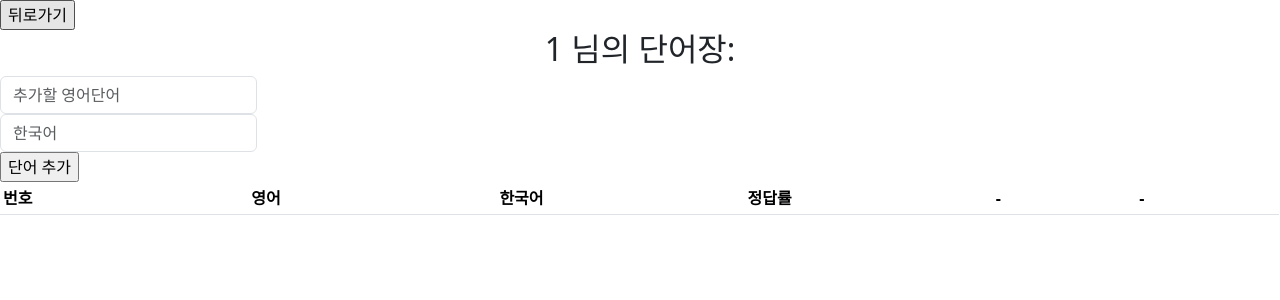
Repository: kokoko12334/myvocab-toy
Page: http://localhost/myVocabularyList/detail
The author's editor kept a copy of each file at every save. The page is drawn from the files as they stood at one save, then again after the next save.
The browser window is 1280 px wide. The pictures show the whole page.
The page is served by Tomcat 9. The session is filled in as if someone had signed in: {"id": 1, "pwd": 1, "list": 1}. Queries for data that is not in the repository find no rows.

Above is the page before, as saved 2023-04-07 12:27:19.

After the next save:
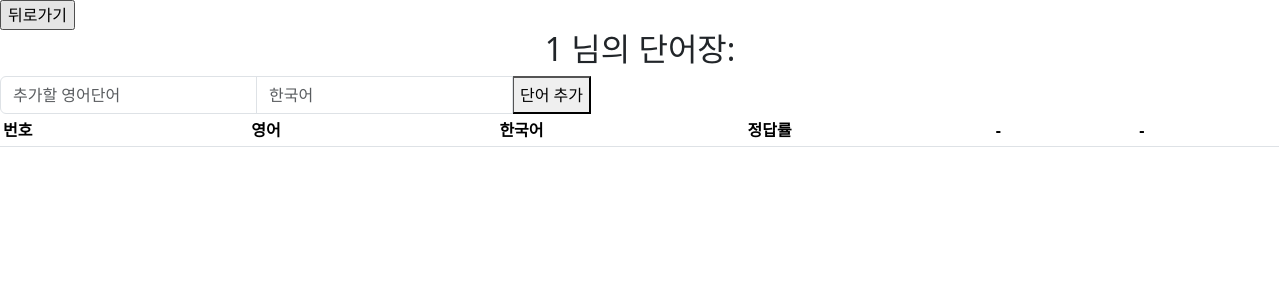
Saved 23 s later.
--- a/myVocabularyList/src/main/webapp/WEB-INF/views/myvocabulary/detail.jsp
+++ b/myVocabularyList/src/main/webapp/WEB-INF/views/myvocabulary/detail.jsp
@@ -23,9 +23,11 @@
 
 
 	<form action = "/addword" method = "post">
+	<div class="input-group">
 		<input type = text name = "english" placeholder = "추가할 영어단어" aria-label="First name" class="form-control">
 		<input type = text name = "korean" placeholder = "한국어" aria-label="Last name" class="form-control">
 		<input type = submit value = "단어 추가">
+	</div>
 	</form>
 
 	<table class="table table-sm">
